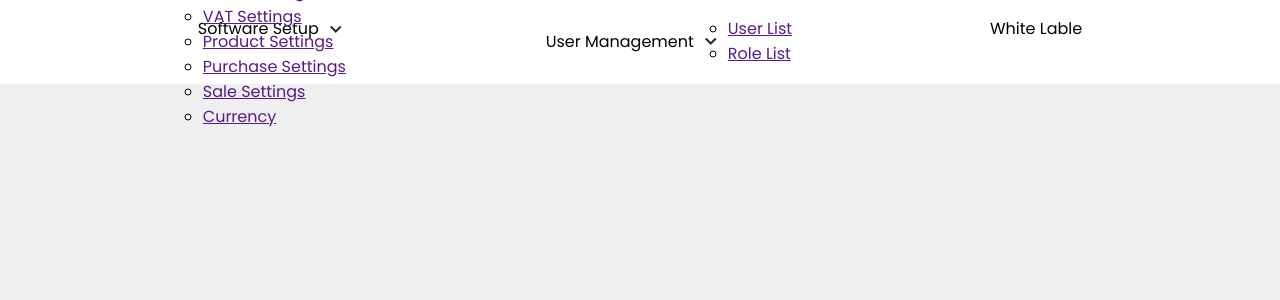
Repository: codebyaddro/pos-settings
Page: settings.html
These files come from the project's save history. The page is drawn as it stood at one moment and after a run of saves; the edit follows.
The browser window is 1280 px wide. The pictures show the whole page.

Above is the page before, as saved 2025-02-16 14:35:12.

After the next 2 saves:
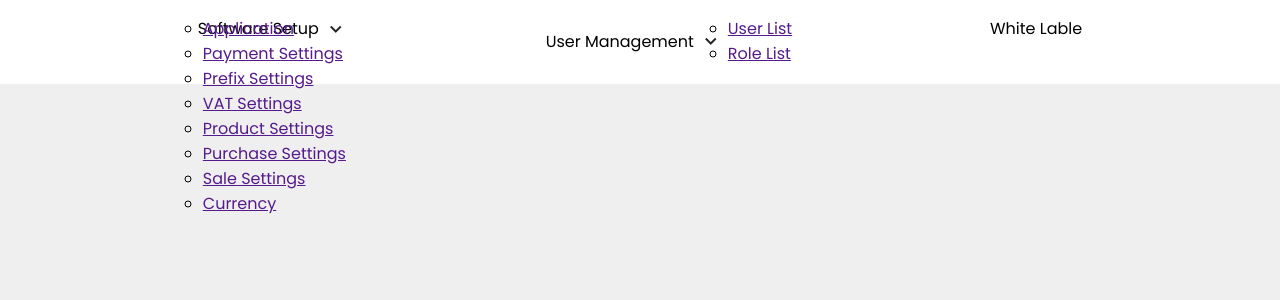
The 2 saves are shown as one change because they came seconds apart.
The last was saved 7 s later.
--- a/css/settings.css
+++ b/css/settings.css
@@ -80,6 +80,6 @@
 
 .cba-settings-top-menubar > ul > li > .cba-stm-one-dd {
     position: absolute;
-    top: 100;
+    top: 0;
     left: 5px;
 }

After the save that followed:
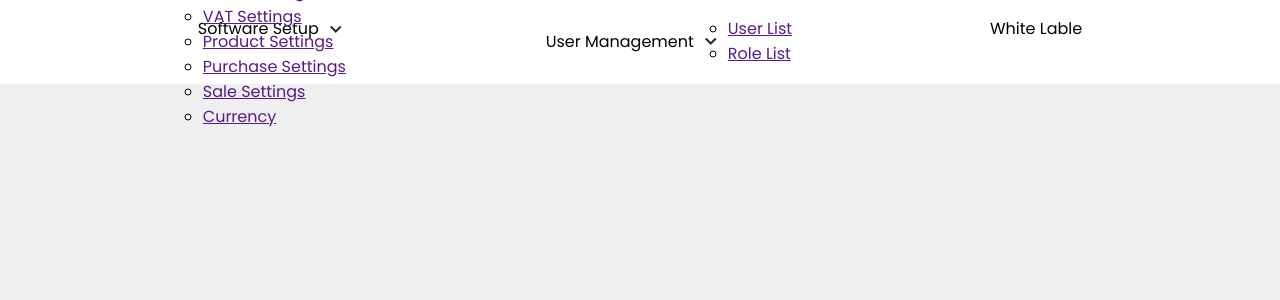
Saved 7 s later.
--- a/css/settings.css
+++ b/css/settings.css
@@ -80,6 +80,6 @@
 
 .cba-settings-top-menubar > ul > li > .cba-stm-one-dd {
     position: absolute;
-    top: 0;
+    top: 100;
     left: 5px;
 }
